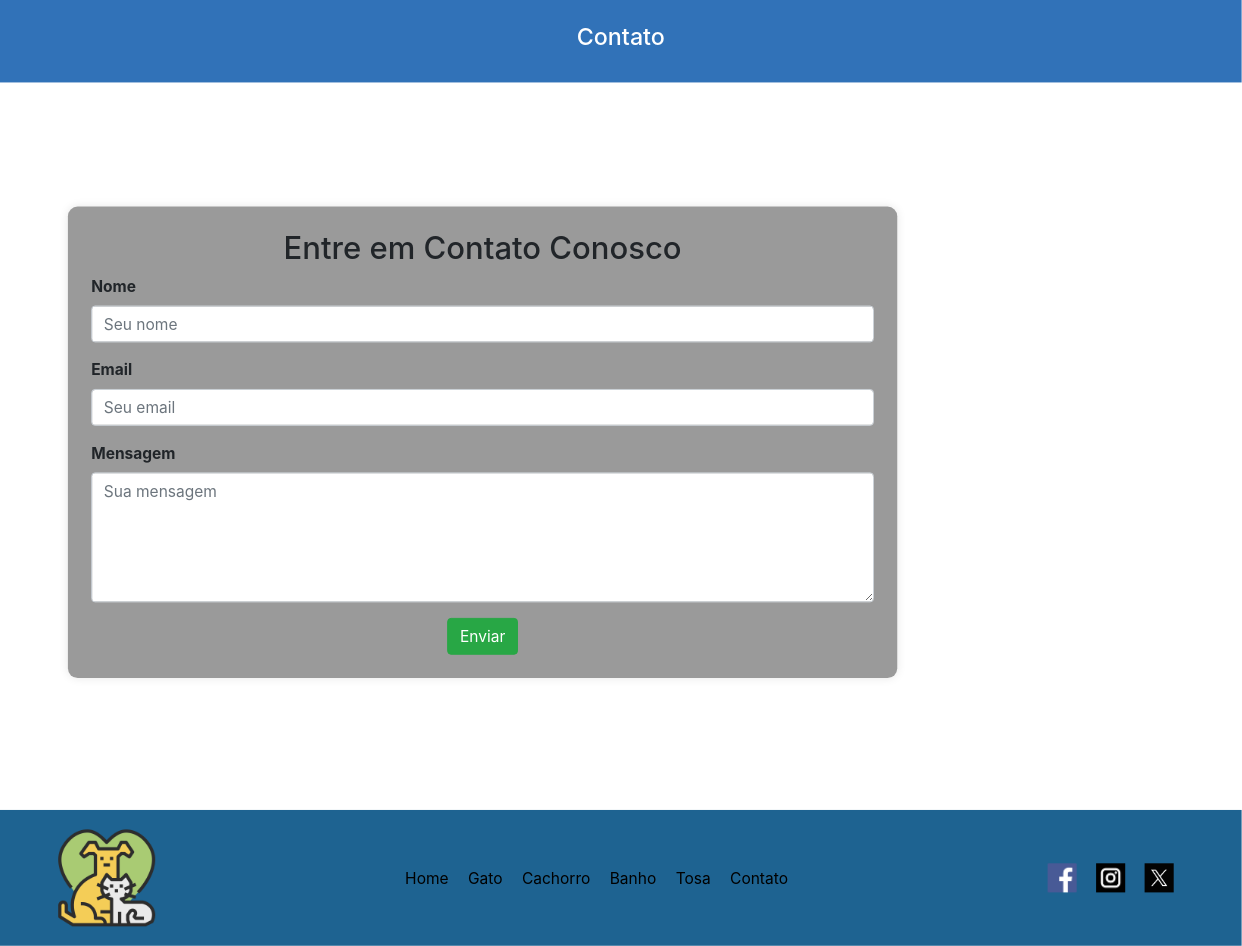
Repository: graeff01/petshop-project
Page: contato.html
These files come from the project's save history. The page is drawn as it stood at one moment and after a run of saves; the edit follows.
The browser window is 1280 px wide. The pictures show the whole page, at 97% of full size.

Above is the page before, as saved 2024-09-18 11:44:58.

### contato.html
<!DOCTYPE html>
<html lang="en">
<head>
    <meta charset="UTF-8">
    <meta name="viewport" content="width=device-width, initial-scale=1.0">
    <title>PetShop - Contato</title>
    <link rel="stylesheet" href="css/ctt.css">
    <link href="https://maxcdn.bootstrapcdn.com/bootstrap/4.5.2/css/bootstrap.min.css" rel="stylesheet">
</head>
<body>
    <header class="blue-background text-center p-4">
        <h1>Contato</h1>
    </header>
    <div class="container mt-5">
        <div class="row">
            <section class="col-md-9 p-4 form-section">
                <h2 class="text-center">Entre em Contato Conosco</h2>
                <form>
                    <div class="form-group">
                        <label for="contact-name">Nome</label>
                        <input type="text" class="form-control" id="contact-name" placeholder="Seu nome">
                    </div>
                    <div class="form-group">
                        <label for="contact-email">Email</label>
                        <input type="email" class="form-control" id="contact-email" placeholder="Seu email">
                    </div>
                    <div class="form-group">
                        <label for="contact-message">Mensagem</label>
                        <textarea class="form-control" id="contact-message" rows="5" placeholder="Sua mensagem"></textarea>
                    </div>
                    <div class="text-center">
                        <button type="submit" class="btn btn-success">Enviar</button>
                    </div>
                </form>
            </section>
        </div>
    </div>
    <footer class="footer mt-5">
        <div class="footer-container">
            <div class="footer-left">
                <img src="img/logo.png" alt="PetShop Logo" class="footer-logo">
            </div>
            <div class="footer-center">
                <ul class="footer-links">
                    <li><a href="/index.html">Home</a></li>
                    <li><a href="/gato.html">Gato</a></li>
                    <li><a href="/dog.html">Cachorro</a></li>
                    <li><a href="/banho.html">Banho</a></li>
                    <li><a href="/tosa.html">Tosa</a></li>
                    <li><a href="/contato.html">Contato</a></li>
                </ul>
            </div>
            <div class="footer-right">
                <div class="social-icons">
                    <a href="#"><img src="img/face.png" alt="Facebook"></a>
                    <a href="#"><img src="img/insta.png" alt="Instagram"></a>
                    <a href="#"><img src="img/x.png" alt="Twitter"></a>
                </div>
            </div>
        </div>
    </footer>
    <script src="https://code.jquery.com/jquery-3.5.1.slim.min.js"></script>
    <script src="https://cdn.jsdelivr.net/npm/@popperjs/core@2.9.2/dist/umd/popper.min.js"></script>
    <script src="https://maxcdn.bootstrapcdn.com/bootstrap/4.5.2/js/bootstrap.min.js"></script>
</body>
</html>

### css/ctt.css
body {
    font-family: Arial, sans-serif;
    margin: 0;
    padding: 0;
}

header.blue-background {
    background-color: #2368b3ee;
    color: white;
    padding: 20px 0;
    text-align: center;
    width: 100%;
    box-sizing: border-box;
}

header.blue-background h1 {
    font-size: 24px;
}

.container {
    max-width: 1200px;
    margin: 0 auto;
}

.bg-blue {
    background-color: #2368b3;
    color: white;
    height: 100vh; /* Altura total da tela */
}

.sidebar {
    padding: 20px;
    height: 100%;
}

.profile-icon {
    width: 100px;
    height: 100px;
    border-radius: 50%;
}

.form-section {
    margin-top: 80px;
    margin-bottom: 88px;
    flex: 1;
    padding: 20px;
    background-color: #00000065;
    border-radius: 10px;
    box-shadow: 0 0 10px rgba(0, 0, 0, 0.1);
}

.form-group label {
    font-weight: bold;
}

.form-group input,
.form-group textarea {
    margin-bottom: 15px;
}

.footer {

    background-color: #1e6391;
    padding: 20px 0;
    color: white;
    text-align: center;
    width: 100%;
}

.footer-container {
    display: flex;
    justify-content: space-between;
    align-items: center;
    max-width: 1200px;
    margin: 0 auto;
    padding: 0 20px;
    box-sizing: border-box;
}

.footer-left img {
    width: 100px;
}

.footer-center {
    flex: 0;
}

.footer-links {
    list-style-type: none;
    padding: 0;
    margin: 0;
    display: flex;
    justify-content: center;
}

.footer-links li {
    margin: 0 10px;
}

.footer-links a {
    color: rgb(0, 0, 0);
    text-decoration: none;
    font-size: 16px;
}

.footer-links a:hover {
    text-decoration: underline;
}

.footer-right .social-icons {
    display: flex;
    justify-content: center;
}

.footer-right .social-icons a {
    margin: 0 10px;
}

.footer-right .social-icons img {
    width: 30px;
    height: 30px;
}

After the next 3 saves:
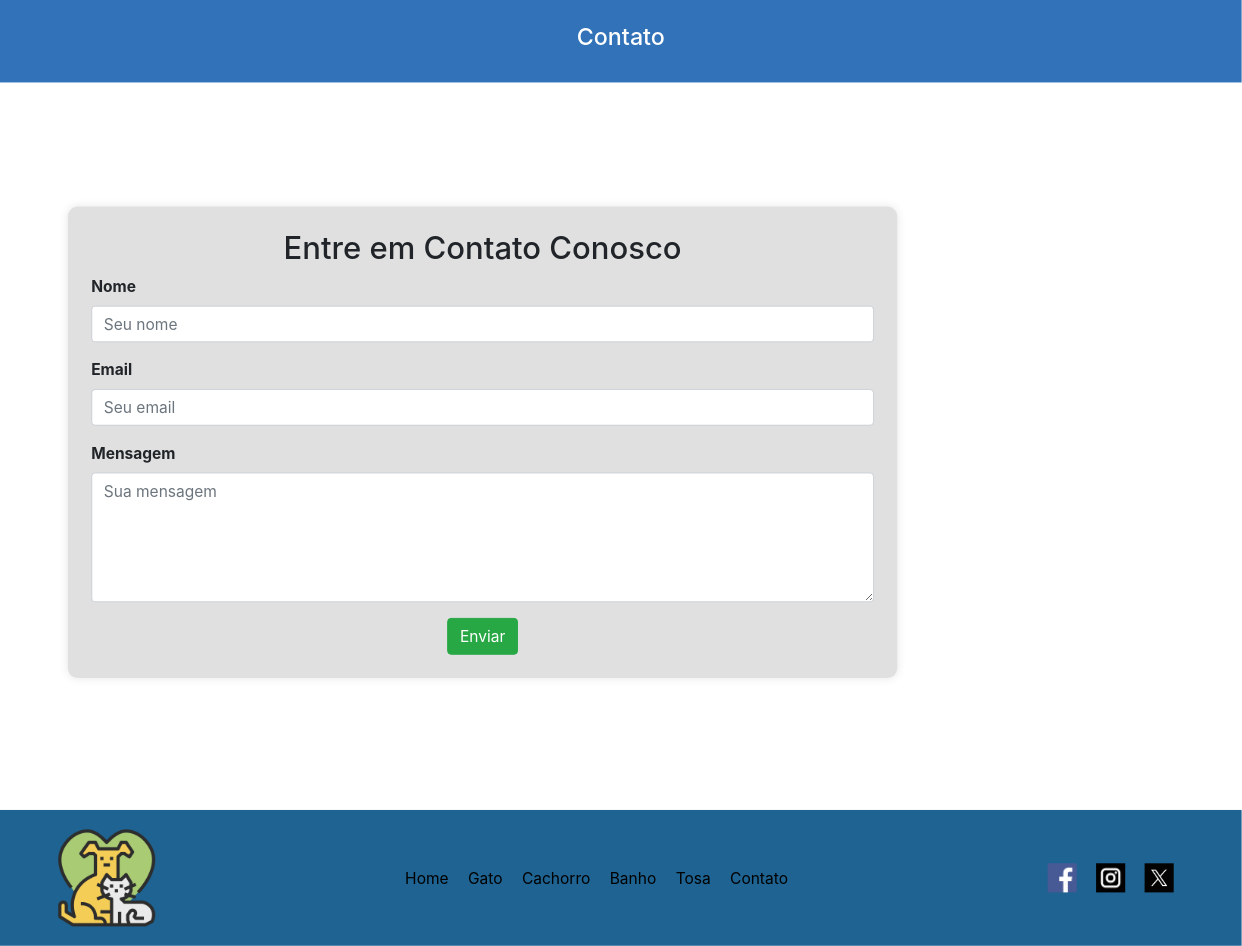
The 3 saves are shown as one change because they came seconds apart.
The last was saved 8 s later.
--- a/css/ctt.css
+++ b/css/ctt.css
@@ -44,7 +44,7 @@ header.blue-background h1 {
     margin-bottom: 88px;
     flex: 1;
     padding: 20px;
-    background-color: #00000065;
+    background-color: #0000001f;
     border-radius: 10px;
     box-shadow: 0 0 10px rgba(0, 0, 0, 0.1);
 }
